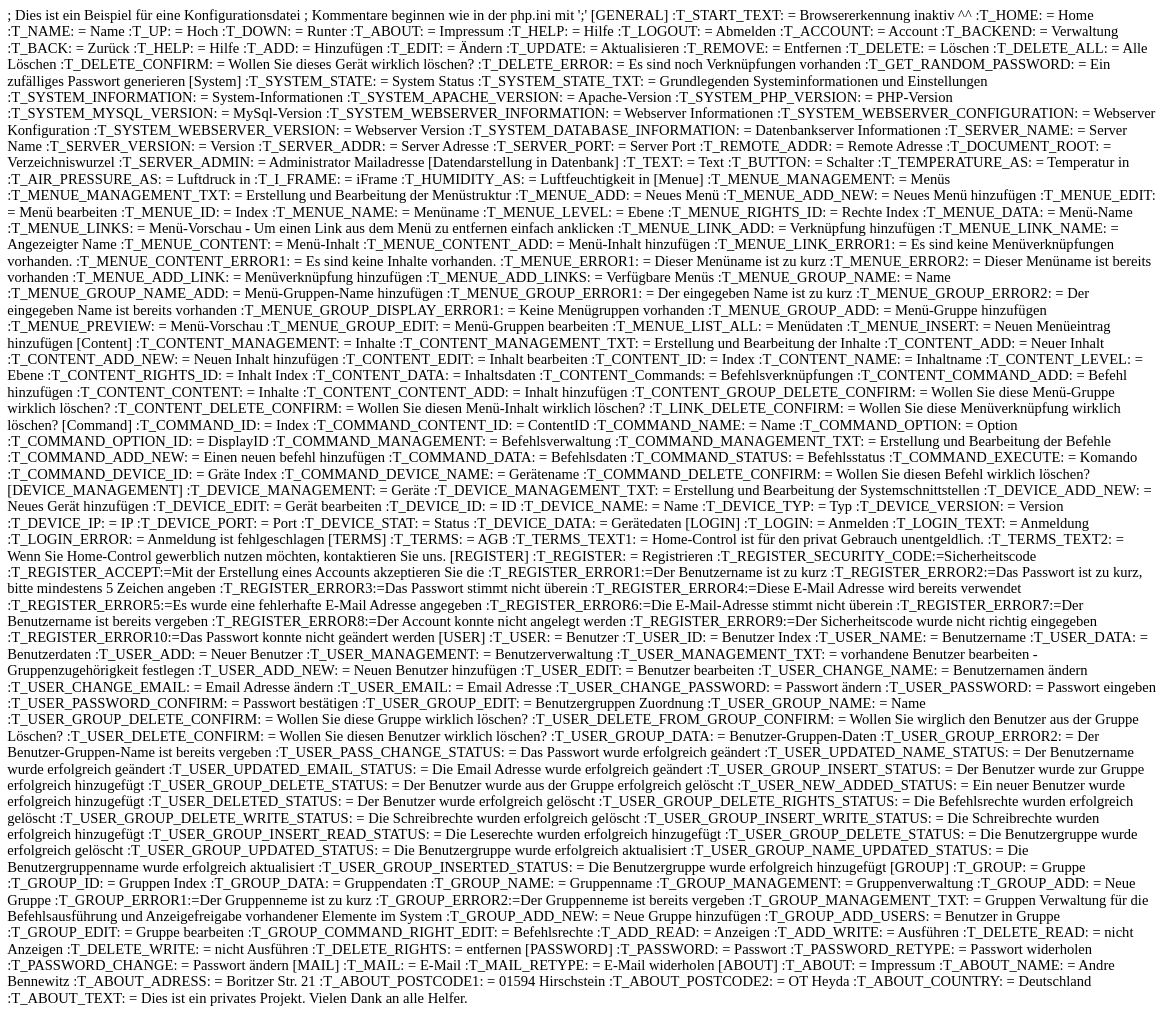
Repository: 0xF3ERROR/Home-Control
Page: http://localhost/language/lang_Ger.php
These files come from the project's save history. The page is drawn as it stood at one moment and after the next save; the edit follows.
The browser window is 1280 px wide. The pictures show the whole page, at 91% of full size.
The page is run by PHP 8.4 with error messages shown; the project is at /var/www/html/.

Above is the page before, as saved 2012-09-17 20:07:17.

### Source/language/lang_Ger.php
; Dies ist ein Beispiel für eine Konfigurationsdatei
; Kommentare beginnen wie in der php.ini mit ';'


[GENERAL]
:T_START_TEXT: = Browsererkennung inaktiv ^^
:T_HOME: = Home
:T_NAME: = Name
:T_UP: = Hoch
:T_DOWN: = Runter
:T_ABOUT: = Impressum
:T_HELP: = Hilfe
:T_LOGOUT: = Abmelden
:T_ACCOUNT: = Account
:T_BACKEND: = Verwaltung
:T_BACK: = Zurück
:T_HELP: = Hilfe
:T_ADD: = Hinzufügen
:T_EDIT: = Ändern
:T_UPDATE: = Aktualisieren
:T_REMOVE: = Entfernen
:T_DELETE: = Löschen
:T_DELETE_ALL: = Alle Löschen
:T_DELETE_CONFIRM: = Wollen Sie dieses Gerät wirklich löschen?
:T_DELETE_ERROR: = Es sind noch Verknüpfungen vorhanden
:T_GET_RANDOM_PASSWORD: = Ein zufälliges Passwort generieren


[System]
:T_SYSTEM_STATE: = System Status
:T_SYSTEM_STATE_TXT: = Grundlegenden Systeminformationen und Einstellungen
:T_SYSTEM_INFORMATION: = System-Informationen
:T_SYSTEM_APACHE_VERSION: = Apache-Version
:T_SYSTEM_PHP_VERSION: = PHP-Version
:T_SYSTEM_MYSQL_VERSION: = MySql-Version
:T_SYSTEM_WEBSERVER_INFORMATION: = Webserver Informationen
:T_SYSTEM_WEBSERVER_CONFIGURATION: = Webserver Konfiguration
:T_SYSTEM_WEBSERVER_VERSION: = Webserver Version
:T_SYSTEM_DATABASE_INFORMATION: = Datenbankserver Informationen
:T_SERVER_NAME: = Server Name
:T_SERVER_VERSION: = Version
:T_SERVER_ADDR: = Server Adresse
:T_SERVER_PORT: = Server Port
:T_REMOTE_ADDR: = Remote Adresse
:T_DOCUMENT_ROOT: = Verzeichniswurzel
:T_SERVER_ADMIN: = Administrator Mailadresse





[Datendarstellung in Datenbank]
:T_TEXT: = Text
:T_BUTTON: = Schalter
:T_TEMPERATURE_AS: = Temperatur in
:T_AIR_PRESSURE_AS: = Luftdruck in
:T_I_FRAME: = iFrame
:T_HUMIDITY_AS: = Luftfeuchtigkeit in



[Menue]
:T_MENUE_MANAGEMENT: = Menüs
:T_MENUE_MANAGEMENT_TXT: = Erstellung und Bearbeitung der Menüstruktur
:T_MENUE_ADD: = Neues Menü
:T_MENUE_ADD_NEW: = Neues Menü hinzufügen
:T_MENUE_EDIT: = Menü bearbeiten
:T_MENUE_ID: = Index
:T_MENUE_NAME: = Menüname
:T_MENUE_LEVEL: = Ebene
:T_MENUE_RIGHTS_ID: = Rechte Index
:T_MENUE_DATA: = Menü-Name
:T_MENUE_LINKS: = Menü-Vorschau - Um einen Link aus dem Menü zu entfernen einfach anklicken
:T_MENUE_LINK_ADD: = Verknüpfung hinzufügen
:T_MENUE_LINK_NAME: = Angezeigter Name
:T_MENUE_CONTENT: = Menü-Inhalt
:T_MENUE_CONTENT_ADD: = Menü-Inhalt hinzufügen
:T_MENUE_LINK_ERROR1: = Es sind keine Menüverknüpfungen vorhanden.
:T_MENUE_CONTENT_ERROR1: = Es sind keine Inhalte vorhanden.
:T_MENUE_ERROR1: = Dieser Menüname ist zu kurz
:T_MENUE_ERROR2: = Dieser Menüname ist bereits vorhanden
:T_MENUE_ADD_LINK: = Menüverknüpfung hinzufügen
:T_MENUE_ADD_LINKS: = Verfügbare Menüs
:T_MENUE_GROUP_NAME: = Name
:T_MENUE_GROUP_NAME_ADD: = Menü-Gruppen-Name hinzufügen
:T_MENUE_GROUP_ERROR1: = Der eingegeben Name ist zu kurz
:T_MENUE_GROUP_ERROR2: = Der eingegeben Name ist bereits vorhanden
:T_MENUE_GROUP_DISPLAY_ERROR1: = Keine Menügruppen vorhanden
:T_MENUE_GROUP_ADD: = Menü-Gruppe hinzufügen
:T_MENUE_PREVIEW: = Menü-Vorschau
:T_MENUE_GROUP_EDIT: = Menü-Gruppen bearbeiten
:T_MENUE_LIST_ALL: = Menüdaten
:T_MENUE_INSERT: = Neuen Menüeintrag hinzufügen
[Content]
:T_CONTENT_MANAGEMENT: = Inhalte
:T_CONTENT_MANAGEMENT_TXT: = Erstellung und Bearbeitung der Inhalte
:T_CONTENT_ADD: = Neuer Inhalt
:T_CONTENT_ADD_NEW: = Neuen Inhalt hinzufügen
:T_CONTENT_EDIT: = Inhalt bearbeiten
:T_CONTENT_ID: = Index
:T_CONTENT_NAME: = Inhaltname
:T_CONTENT_LEVEL: = Ebene
:T_CONTENT_RIGHTS_ID: = Inhalt Index
:T_CONTENT_DATA: = Inhaltsdaten
:T_CONTENT_Commands: = Befehlsverknüpfungen
:T_CONTENT_COMMAND_ADD: = Befehl hinzufügen
:T_CONTENT_CONTENT: = Inhalte
:T_CONTENT_CONTENT_ADD: = Inhalt hinzufügen
:T_CONTENT_GROUP_DELETE_CONFIRM: = Wollen Sie diese Menü-Gruppe wirklich löschen?
:T_CONTENT_DELETE_CONFIRM: = Wollen Sie diesen Menü-Inhalt wirklich löschen?
:T_LINK_DELETE_CONFIRM: = Wollen Sie diese Menüverknüpfung wirklich löschen?



[Command]
:T_COMMAND_ID: = Index
:T_COMMAND_CONTENT_ID: = ContentID
:T_COMMAND_NAME: = Name
:T_COMMAND_OPTION: = Option
:T_COMMAND_OPTION_ID: = DisplayID
:T_COMMAND_MANAGEMENT: = Befehlsverwaltung
:T_COMMAND_MANAGEMENT_TXT: = Erstellung und Bearbeitung der Befehle
:T_COMMAND_ADD_NEW: = Einen neuen befehl hinzufügen
:T_COMMAND_DATA: = Befehlsdaten
:T_COMMAND_STATUS: = Befehlsstatus
:T_COMMAND_EXECUTE: = Komando
:T_COMMAND_DEVICE_ID: = Gräte Index
:T_COMMAND_DEVICE_NAME: = Gerätename
:T_COMMAND_DELETE_CONFIRM: = Wollen Sie diesen Befehl wirklich löschen?


[DEVICE_MANAGEMENT]
:T_DEVICE_MANAGEMENT: = Geräte
:T_DEVICE_MANAGEMENT_TXT: = Erstellung und Bearbeitung der Systemschnittstellen
:T_DEVICE_ADD_NEW: = Neues Gerät hinzufügen
:T_DEVICE_EDIT: = Gerät bearbeiten
:T_DEVICE_ID: = ID
:T_DEVICE_NAME: = Name
:T_DEVICE_TYP: = Typ
:T_DEVICE_VERSION: = Version
:T_DEVICE_IP: = IP
:T_DEVICE_PORT: = Port
:T_DEVICE_STAT: = Status
:T_DEVICE_DATA: = Gerätedaten


[LOGIN]
:T_LOGIN: = Anmelden
:T_LOGIN_TEXT: = Anmeldung
:T_LOGIN_ERROR: = Anmeldung ist fehlgeschlagen


[TERMS]
:T_TERMS: = AGB
:T_TERMS_TEXT1: = Home-Control ist für den privat Gebrauch unentgeldlich.
:T_TERMS_TEXT2: = Wenn Sie Home-Control gewerblich nutzen möchten, kontaktieren Sie uns.


[REGISTER]
:T_REGISTER: = Registrieren
:T_REGISTER_SECURITY_CODE:=Sicherheitscode
:T_REGISTER_ACCEPT:=Mit der Erstellung eines Accounts akzeptieren Sie die
:T_REGISTER_ERROR1:=Der Benutzername ist zu kurz
:T_REGISTER_ERROR2:=Das Passwort ist zu kurz, bitte mindestens 5 Zeichen angeben
:T_REGISTER_ERROR3:=Das Passwort stimmt nicht überein
:T_REGISTER_ERROR4:=Diese E-Mail Adresse wird bereits verwendet
:T_REGISTER_ERROR5:=Es wurde eine fehlerhafte E-Mail Adresse angegeben
:T_REGISTER_ERROR6:=Die E-Mail-Adresse stimmt nicht überein
:T_REGISTER_ERROR7:=Der Benutzername ist bereits vergeben
:T_REGISTER_ERROR8:=Der Account konnte nicht angelegt werden
:T_REGISTER_ERROR9:=Der Sicherheitscode wurde nicht richtig eingegeben
:T_REGISTER_ERROR10:=Das Passwort konnte nicht geändert werden


[USER]
:T_USER: = Benutzer
:T_USER_ID: = Benutzer Index
:T_USER_NAME: = Benutzername
:T_USER_DATA: = Benutzerdaten
:T_USER_ADD: = Neuer Benutzer
:T_USER_MANAGEMENT: = Benutzerverwaltung
:T_USER_MANAGEMENT_TXT: = vorhandene Benutzer bearbeiten - Gruppenzugehörigkeit festlegen
:T_USER_ADD_NEW: = Neuen Benutzer hinzufügen
:T_USER_EDIT: = Benutzer bearbeiten
:T_USER_CHANGE_NAME: = Benutzernamen ändern
:T_USER_CHANGE_EMAIL: = Email Adresse ändern
:T_USER_EMAIL: = Email Adresse
:T_USER_CHANGE_PASSWORD: = Passwort ändern
:T_USER_PASSWORD: = Passwort eingeben
:T_USER_PASSWORD_CONFIRM: = Passwort bestätigen
:T_USER_GROUP_EDIT: = Benutzergruppen Zuordnung
:T_USER_GROUP_NAME: = Name
:T_USER_GROUP_DELETE_CONFIRM: = Wollen Sie diese Gruppe wirklich löschen?
:T_USER_DELETE_FROM_GROUP_CONFIRM: = Wollen Sie wirglich den Benutzer aus der Gruppe Löschen?
:T_USER_DELETE_CONFIRM: = Wollen Sie diesen Benutzer wirklich löschen?
:T_USER_GROUP_DATA: = Benutzer-Gruppen-Daten
:T_USER_GROUP_ERROR2: = Der Benutzer-Gruppen-Name ist bereits vergeben


:T_USER_PASS_CHANGE_STATUS: = Das Passwort wurde erfolgreich geändert
:T_USER_UPDATED_NAME_STATUS: = Der Benutzername wurde erfolgreich geändert
:T_USER_UPDATED_EMAIL_STATUS: = Die Email Adresse wurde erfolgreich geändert

:T_USER_GROUP_INSERT_STATUS: = Der Benutzer wurde zur Gruppe erfolgreich hinzugefügt
:T_USER_GROUP_DELETE_STATUS: = Der Benutzer wurde aus der Gruppe erfolgreich gelöscht
:T_USER_NEW_ADDED_STATUS: = Ein neuer Benutzer wurde erfolgreich hinzugefügt
:T_USER_DELETED_STATUS: = Der Benutzer wurde erfolgreich gelöscht

:T_USER_GROUP_DELETE_RIGHTS_STATUS: = Die Befehlsrechte wurden erfolgreich gelöscht
:T_USER_GROUP_DELETE_WRITE_STATUS: = Die Schreibrechte wurden erfolgreich gelöscht
:T_USER_GROUP_INSERT_WRITE_STATUS: = Die Schreibrechte wurden erfolgreich hinzugefügt
:T_USER_GROUP_INSERT_READ_STATUS: = Die Leserechte wurden erfolgreich hinzugefügt
:T_USER_GROUP_DELETE_STATUS: = Die Benutzergruppe wurde erfolgreich gelöscht
:T_USER_GROUP_UPDATED_STATUS: = Die Benutzergruppe wurde erfolgreich aktualisiert
:T_USER_GROUP_NAME_UPDATED_STATUS: = Die Benutzergruppenname wurde erfolgreich aktualisiert
:T_USER_GROUP_INSERTED_STATUS: = Die Benutzergruppe wurde erfolgreich hinzugefügt






[GROUP]
:T_GROUP: = Gruppe
:T_GROUP_ID: = Gruppen Index
:T_GROUP_DATA: = Gruppendaten
:T_GROUP_NAME: = Gruppenname
:T_GROUP_MANAGEMENT: = Gruppenverwaltung
:T_GROUP_ADD: = Neue Gruppe
:T_GROUP_ERROR1:=Der Gruppenneme ist zu kurz
:T_GROUP_ERROR2:=Der Gruppenneme ist bereits vergeben
:T_GROUP_MANAGEMENT_TXT: = Gruppen Verwaltung für die Befehlsausführung und Anzeigefreigabe vorhandener Elemente im System
:T_GROUP_ADD_NEW: = Neue Gruppe hinzufügen
:T_GROUP_ADD_USERS: = Benutzer in Gruppe
:T_GROUP_EDIT: = Gruppe bearbeiten
:T_GROUP_COMMAND_RIGHT_EDIT: = Befehlsrechte
:T_ADD_READ: = Anzeigen
:T_ADD_WRITE: = Ausführen
:T_DELETE_READ: = nicht Anzeigen
:T_DELETE_WRITE: = nicht Ausführen
:T_DELETE_RIGHTS: = entfernen

[PASSWORD]
:T_PASSWORD: = Passwort
:T_PASSWORD_RETYPE: = Passwort widerholen
:T_PASSWORD_CHANGE: = Passwort ändern


[MAIL]
:T_MAIL: = E-Mail
:T_MAIL_RETYPE: = E-Mail widerholen


[ABOUT]
:T_ABOUT: = Impressum
:T_ABOUT_NAME: = Andre Bennewitz
:T_ABOUT_ADRESS: = Boritzer Str. 21
:T_ABOUT_POSTCODE1: = 01594 Hirschstein
:T_ABOUT_POSTCODE2: = OT Heyda
:T_ABOUT_COUNTRY: = Deutschland
:T_ABOUT_TEXT: = Dies ist ein privates Projekt. Vielen Dank an alle Helfer.

After the next save:
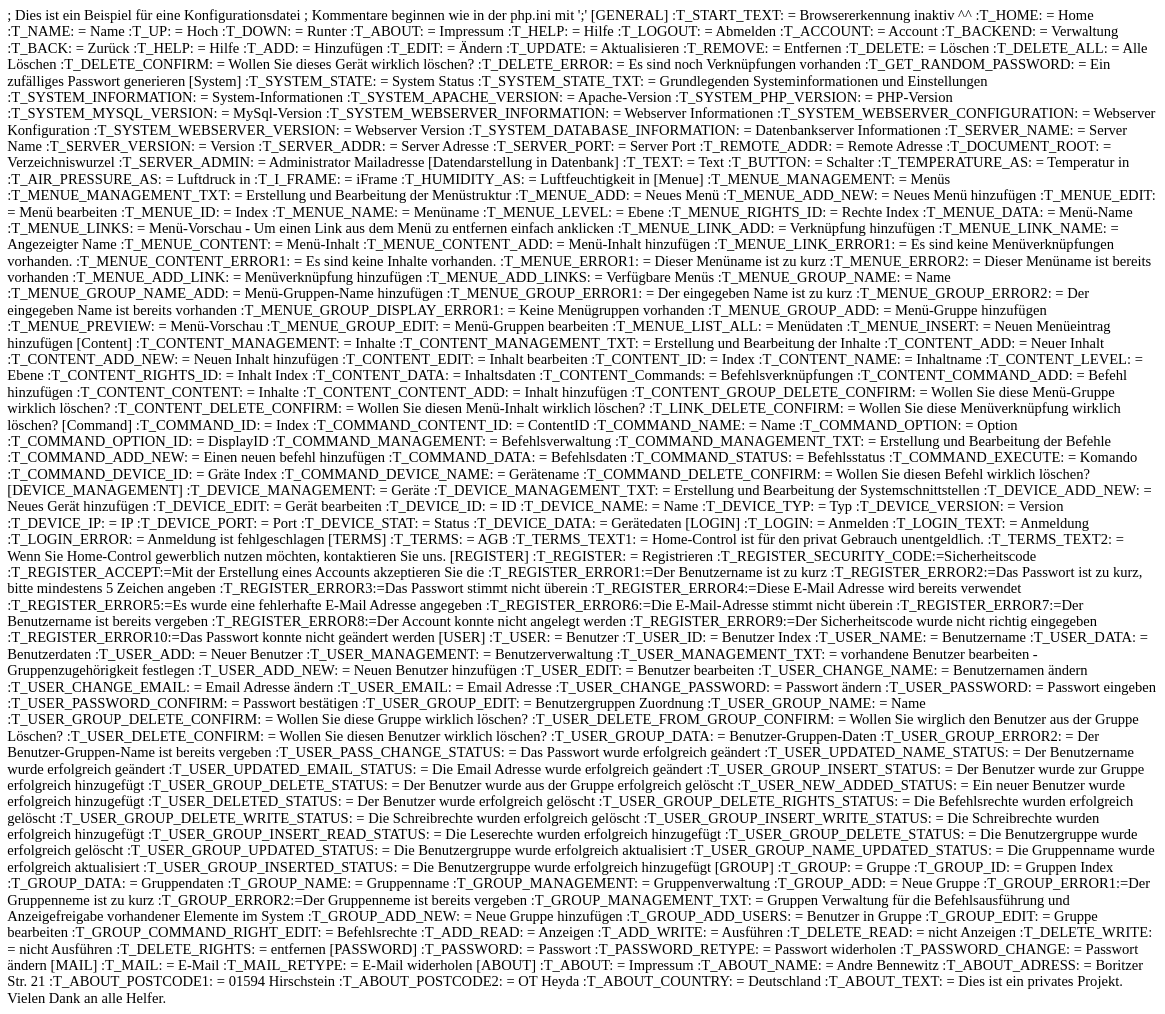
Saved 19 s later.
--- a/Source/language/lang_Ger.php
+++ b/Source/language/lang_Ger.php
@@ -212,7 +212,7 @@
 :T_USER_GROUP_INSERT_READ_STATUS: = Die Leserechte wurden erfolgreich hinzugefügt
 :T_USER_GROUP_DELETE_STATUS: = Die Benutzergruppe wurde erfolgreich gelöscht
 :T_USER_GROUP_UPDATED_STATUS: = Die Benutzergruppe wurde erfolgreich aktualisiert
-:T_USER_GROUP_NAME_UPDATED_STATUS: = Die Benutzergruppenname wurde erfolgreich aktualisiert
+:T_USER_GROUP_NAME_UPDATED_STATUS: = Die Gruppenname wurde erfolgreich aktualisiert
 :T_USER_GROUP_INSERTED_STATUS: = Die Benutzergruppe wurde erfolgreich hinzugefügt
 
 
